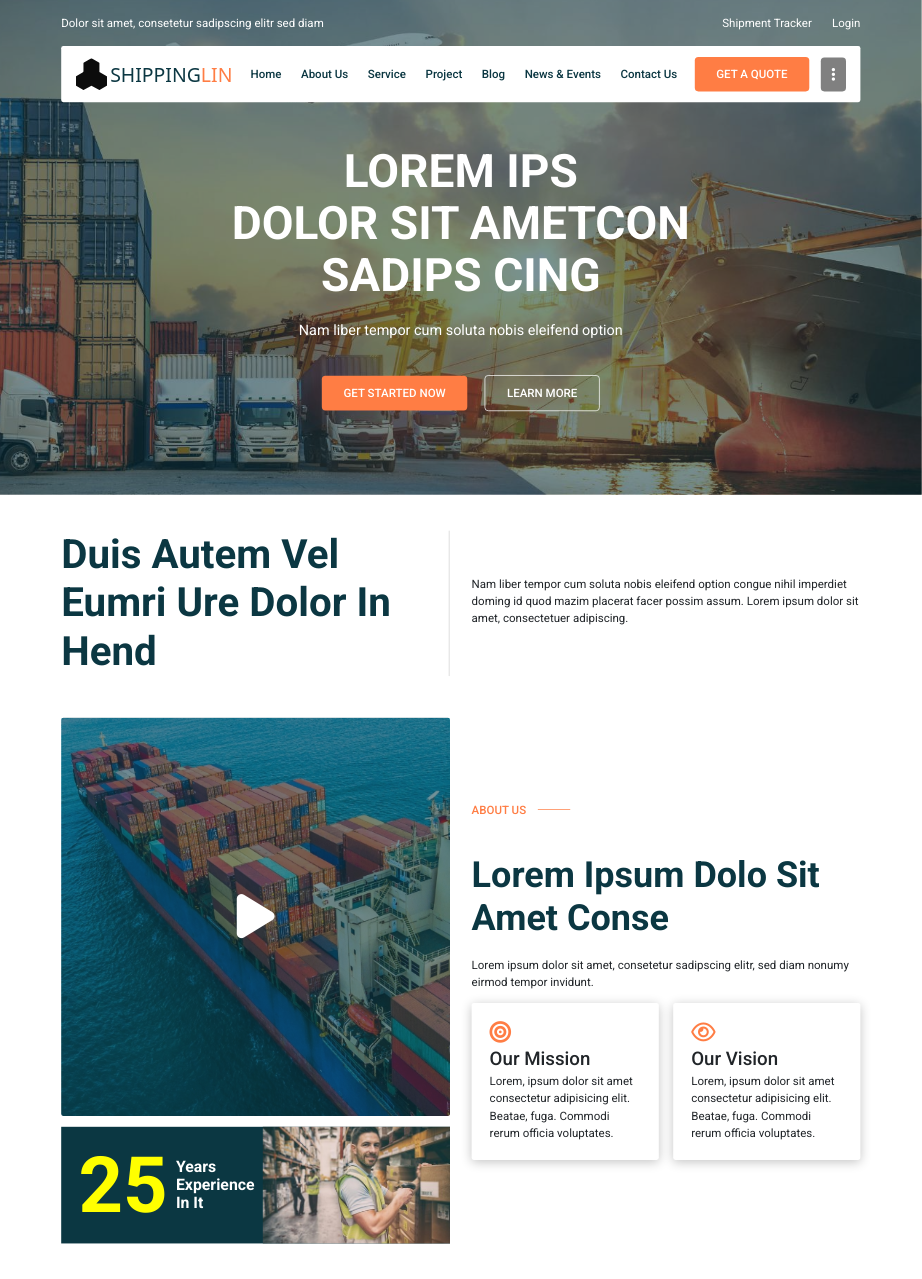
Repository: nazmulalok/shipping-template
Page: index.html
These files come from the project's save history. The page is drawn as it stood at one moment and after the next save; the edit follows.
The browser window is 1280 px wide. The pictures show the whole page, at 72% of full size.
Some web libraries are served in a nearby version.

Above is the page before, as saved 2022-10-08 19:28:21.

### index.html
<!DOCTYPE html>
<html lang="en">

    <head>
        <meta charset="UTF-8">
        <meta http-equiv="X-UA-Compatible" content="IE=edge">
        <meta name="viewport" content="width=device-width, initial-scale=1.0">
        <link rel="preconnect" href="https://fonts.googleapis.com">
        <link rel="preconnect" href="https://fonts.gstatic.com" crossorigin>
        <link
            href="https://fonts.googleapis.com/css2?family=Roboto:ital,wght@0,300;0,400;0,500;0,700;0,900;1,300;1,400;1,500;1,700;1,900&display=swap"
            rel="stylesheet">
        <link rel="stylesheet" href="https://cdnjs.cloudflare.com/ajax/libs/font-awesome/6.2.0/css/all.min.css"
            integrity="sha512-xh6O/CkQoPOWDdYTDqeRdPCVd1SpvCA9XXcUnZS2FmJNp1coAFzvtCN9BmamE+4aHK8yyUHUSCcJHgXloTyT2A=="
            crossorigin="anonymous" referrerpolicy="no-referrer" />
        <link rel="stylesheet" href="https://cdn.jsdelivr.net/npm/bootstrap@4.0.0/dist/css/bootstrap.min.css"
            integrity="sha384-Gn5384xqQ1aoWXA+058RXPxPg6fy4IWvTNh0E263XmFcJlSAwiGgFAW/dAiS6JXm" crossorigin="anonymous">
        <link rel="stylesheet" href="style.css">
        <title>Document</title>
    </head>

    <body>
        <header class="header-top">
            <div class="container">
                <div class="top-bar">
                    <p class="m-0">Dolor sit amet, consetetur sadipscing elitr sed diam</p>
                    <div>
                        <span class="mr-4">Shipment Tracker</span>
                        <span>Login</span>
                    </div>
                </div>
                <div class="header-area">
                    <div class="logo">
                        <img src="images/box.svg" alt="Logo Box" class="me-2">
                        <img src="images/shipping-logo.svg" alt="Shipping Logo">
                    </div>
                    <nav>
                        <ul>
                            <li><a href="#">Home</a></li>
                            <li><a href="#">About Us</a></li>
                            <li><a href="#">Service</a></li>
                            <li><a href="#">Project</a></li>
                            <li><a href="#">Blog</a></li>
                            <li><a href="#">News & Events</a></li>
                            <li><a href="#">Contact Us</a></li>
                        </ul>
                    </nav>
                    <div class="nav-btn">
                        <a class="common-btn mr-3" href="#">Get A Quote</a>
                        <i class="fa-solid fa-ellipsis-vertical"></i>
                    </div>
                </div>
            </div>
        </header>
        <!-- Slider -->
        <section>
            <div class="main-slider">
                <div class="container">
                    <div class="slide-content">
                        <div class="slide-text">
                            <div class="slider-title mb-4">Lorem ips<br>
                                dolor sit ametcon<br>
                                sadips cing</div>
                            <p>Nam liber tempor cum soluta nobis eleifend option</p>
                            <div class="sliderBtn mt-5"><a class="common-btn mr-4" href="#">Get Started Now</a><a
                                    class="common-btn outline-btn" href="#">Learn More</a></div>
                        </div>
                    </div>
                </div>
            </div>
        </section>
        <!-- Slider Ends -->
        <div class="common-sec">
            <div class="container">
                <div class="row align-items-center">
                    <div class="col-lg-6">
                        <h1 class="border-heading">Duis Autem Vel Eumri
                            Ure Dolor In Hend</h1>
                    </div>
                    <div class="col-lg-6">
                        <p class="ms-4">Nam liber tempor cum soluta nobis eleifend option congue nihil imperdiet doming
                            id quod mazim
                            placerat facer possim assum. Lorem ipsum dolor sit amet, consectetuer adipiscing.</p>
                    </div>
                </div>
                <div class="row align-items-center mt-5">
                    <div class="col-lg-6">
                        <div class="video-box img-box img-shadow">
                            <img src="images/ship-products.jpg" alt="Ship Products" />
                            <a data-fancybox="" href="" class="video-btn">
                                <i class="fa fa-play"></i>
                            </a>
                        </div>
                        <div class="exp-section">
                            <div class="exp-title ml-4">
                                25
                            </div>
                            <div class="exp-paragraph">
                                Years <br>Experience <br>In It
                            </div>
                            <img src="images/exp-bg.png" alt="Experience">
                        </div>
                    </div>
                    <div class="col-lg-6">
                        <span class="sp-title">About Us</span>
                        <h2 class="mb-4">Lorem Ipsum Dolo
                            Sit Amet Conse</h2>
                        <p>Lorem ipsum dolor sit amet, consetetur sadipscing elitr, sed diam nonumy eirmod tempor
                            invidunt.</p>
                        <div class="boxes">
                            <div class="common-box">
                                <div class="content">
                                    <i class="fa-solid fa-bullseye"></i>
                                    <div class="box-title">
                                        Our Mission
                                    </div>
                                    <p>Lorem, ipsum dolor sit amet consectetur adipisicing elit. Beatae, fuga. Commodi
                                        rerum
                                        officia voluptates.</p>
                                </div>
                            </div>
                            <div class="common-box">
                                <div class="content">
                                    <i class="fa-regular fa-eye"></i>
                                    <div class="box-title">
                                        Our Vision
                                    </div>
                                    <p>Lorem, ipsum dolor sit amet consectetur adipisicing elit. Beatae, fuga. Commodi
                                        rerum
                                        officia voluptates.</p>
                                </div>
                            </div>
                        </div>
                    </div>
                </div>
            </div>
        </div>














        <script src="https://code.jquery.com/jquery-3.2.1.slim.min.js"
            integrity="sha384-KJ3o2DKtIkvYIK3UENzmM7KCkRr/rE9/Qpg6aAZGJwFDMVNA/GpGFF93hXpG5KkN"
            crossorigin="anonymous"></script>
        <script src="https://cdn.jsdelivr.net/npm/popper.js@1.12.9/dist/umd/popper.min.js"
            integrity="sha384-ApNbgh9B+Y1QKtv3Rn7W3mgPxhU9K/ScQsAP7hUibX39j7fakFPskvXusvfa0b4Q"
            crossorigin="anonymous"></script>
        <script src="https://cdn.jsdelivr.net/npm/bootstrap@4.0.0/dist/js/bootstrap.min.js"
            integrity="sha384-JZR6Spejh4U02d8jOt6vLEHfe/JQGiRRSQQxSfFWpi1MquVdAyjUar5+76PVCmYl"
            crossorigin="anonymous"></script>
    </body>

</html>

### style.css
/* Common CSS Starts*/
*,
*::before,
*::after {
    box-sizing: border-box;
    margin: 0;
    padding: 0;
}

html {
    scroll-behavior: smooth;
}

:root {
    --main-color: #FF7D44;
    --secondary-color: #0B3742;
    --tertiary-color: #FFFFFF;
}

body {
    font-family: 'Roboto', sans-serif;
}

a.white-space {
    white-space: nowrap;
}

/* Common CSS Ends */

/* slider style starts */

.main-slider>* {
    z-index: 10;
}

.main-slider {
    background: url(images/shipping-banner.jpg);
    height: 700px;
    width: 100%;
    background-size: cover;
    background-repeat: no-repeat;
    background-position: center;
    position: relative;
    display: flex;
    align-items: center;
    transition: all 1s;
    margin-top: -155px;
    z-index: 50;
}

.main-slider:before {
    content: '';
    width: 100%;
    height: 100%;
    top: 0;
    left: 0;
    position: absolute;
    background-color: rgb(11 55 66 / 55%);
    z-index: 1;
}

.slide-content {
    text-align: center;
}

.slide-text {
    color: var(--tertiary-color);
    padding-top: 100px;
}

.slider-title {
    font-size: 4rem;
    font-weight: 600;
    line-height: 4.5rem;
    text-transform: uppercase;
}

.slide-text p {
    font-size: 20px;
}

a.common-btn {
    display: inline-block;
    text-decoration: none;
    color: var(--tertiary-color);
    background: var(--main-color);
    padding: 12px 30px;
    border-radius: 5px;
    font-size: 16px;
    font-weight: 500;
    text-transform: uppercase;
    transition: all 1s ease;
}

a.common-btn:hover {
    background: var(--tertiary-color);
    color: var(--secondary-color);
}

a.common-btn.outline-btn {
    background: transparent !important;
    border: 1px solid var(--tertiary-color);
}

a.common-btn.outline-btn:hover {
    background: var(--tertiary-color) !important;
}

/* Header style starts */

.header-top {
    z-index: 100;
    background: transparent;
    position: relative;
}

.top-bar,
.header-area {
    display: flex;
    justify-content: space-between;
    align-items: center;
    color: var(--tertiary-color);
}

.top-bar {
    padding: 20px 0px;
}

.header-area {
    background: var(--tertiary-color);
    padding: 15px 20px;
    border-radius: 3px;
}

nav ul {
    list-style-type: none;
    color: var(--secondary-color);
    display: flex;
    gap: 1.7rem;
    margin: 0;
}

nav ul a {
    color: var(--secondary-color);
    text-decoration: none;
    font-size: 16px;
    font-weight: 500;
    transition: all 0.5s;
}

nav ul a:hover {
    color: var(--main-color);
    transition: all 0.5s;
}

.nav-btn {
    align-items: center;
    display: flex;
}

.nav-btn i {
    color: var(--tertiary-color);
    font-size: 21px;
    background: gray;
    padding: 13px 15px;
    border-radius: 5px;
}

/* Headings Styles */

h1 {
    font-size: 56px;
}

h2 {
    font-size: 50px;
}

h3 {
    font-size: 44px;
}

h4 {
    font-size: 38px;
}

h5 {
    font-size: 32px;
}

h6 {
    font-size: 26px;
}

h1,
h2,
h3,
h4,
h5,
h6 {
    font-weight: 700;
    margin-bottom: 10px;
    color: var(--secondary-color);
}

/* Section Styles */

.py-50,
.common-sec {
    padding-top: 50px;
    padding-bottom: 50px;
}

.common-sec {
    position: relative;
    z-index: 0;
}

.common-sec:nth-child(even):before {
    content: "";
    position: absolute;
    width: 1000%;
    height: 100%;
    top: 50%;
    left: 50%;
    transform: translate(-50%, -50%);
    background-color: #f9f9f9;
    border-bottom: 1px solid #f6f6f6;
    z-index: -1;
}

/* Image box style */

.img-box {
    border-radius: 3px;
    transition: 0.5s;
    margin-bottom: 15px;
    text-align: center;
    position: relative;
}

.img-box img {
    border-radius: 3px;
}

.img-box:last-child {
    margin-bottom: 0;
}

figure.img-box img+figcaption {
    margin-top: 10px;
    text-align: left;
    padding: 10px;
    border-radius: 3px;
    box-shadow: -5px 5px 20px 0 rgb(0 0 0 / 5%);
}

.img-box.img-shadow:before {
    content: '';
    width: 100%;
    height: 100%;
    position: absolute;
    top: 0;
    left: 0;
    background-color: rgb(11 55 66 / 55%);
    border-radius: 3px;
}

/* Video Box */

.video-box {
    position: relative;
}

.video-box img {
    border-radius: 3px;
    width: 100%;
}

.video-btn {
    position: absolute;
    text-align: center;
    color: var(--tertiary-color);
    font-size: 30px;
    border: none;
    left: 50%;
    top: 50%;
    -webkit-transform: translate(-50%, -50%);
    transform: translate(-50%, -50%);
    display: flex;
    justify-content: center;
    align-items: center;
    text-decoration: none !important;
    box-shadow: none;
    transition: 0.5s;
}

.video-btn .fa-play {
    color: var(--tertiary-color);
    position: relative;
    z-index: 99;
    -webkit-transition: color 0.5s;
    transition: 0.5s;
    text-decoration: none;
    line-height: 80px;
    font-size: 70px;
}

.video-btn:hover {
    color: inherit;
}

.video-btn:hover .fa-play {
    color: var(--main-color);
}

.video-btn:before,
.video-btn:after {
    display: none;
}

/* Common Box Styles */

.common-box {
    box-shadow: rgb(0 0 0 / 24%) 0px 3px 15px;
    height: 100%;
    background-color: #fff;
    border-radius: 3px;
    transition: all 0.5s ease;
}

.common-box>.img-box {
    margin-bottom: 0;
}

.common-box .common-heading:last-child,
.common-box p:last-child,
.common-box ul:last-child,
.common-box ul:last-child li:last-child,
.common-box .img-box:last-child {
    margin-bottom: 0;
}

.common-box>.content {
    padding: 25px;
}

/* Other CSS Starts */

.border-heading {
    border-right: 2px solid #E8E8E8;
}

.sp-title {
    display: flex;
    text-transform: uppercase;
    color: var(--main-color);
    font-weight: 500;
    align-items: center;
    margin-bottom: 3rem;
}

.sp-title:after {
    content: '';
    width: 20px;
    height: 1px;
    background: var(--main-color);
    flex: 0.1;
    margin-left: 1rem;
}

.boxes {
    display: grid;
    grid-template-columns: 1fr 1fr;
    grid-gap: 20px;
}

.common-box i {
    color: var(--main-color);
    font-size: 30px;
}

.common-box .box-title {
    font-size: 26px;
    font-weight: 500;
}

.common-box:hover {
    background-color: var(--main-color);
    color: var(--tertiary-color);
    transition: all 0.5s ease;
}

.common-box:hover i {
    color: var(--tertiary-color);
    transition: all 1s ease;
}

.exp-section {
    background: var(--secondary-color);
    display: flex;
    align-items: center;
    justify-content: space-between;
}

.exp-section .exp-title {
    color: #FFFF00;
    font-size: 108px;
    font-weight: 600;
}

.exp-section .exp-paragraph {
    color: var(--tertiary-color);
    font-size: 22px;
    font-weight: 600;
    line-height: normal;
}

.exp-section img {
    width: 260px;
}

After the next save:
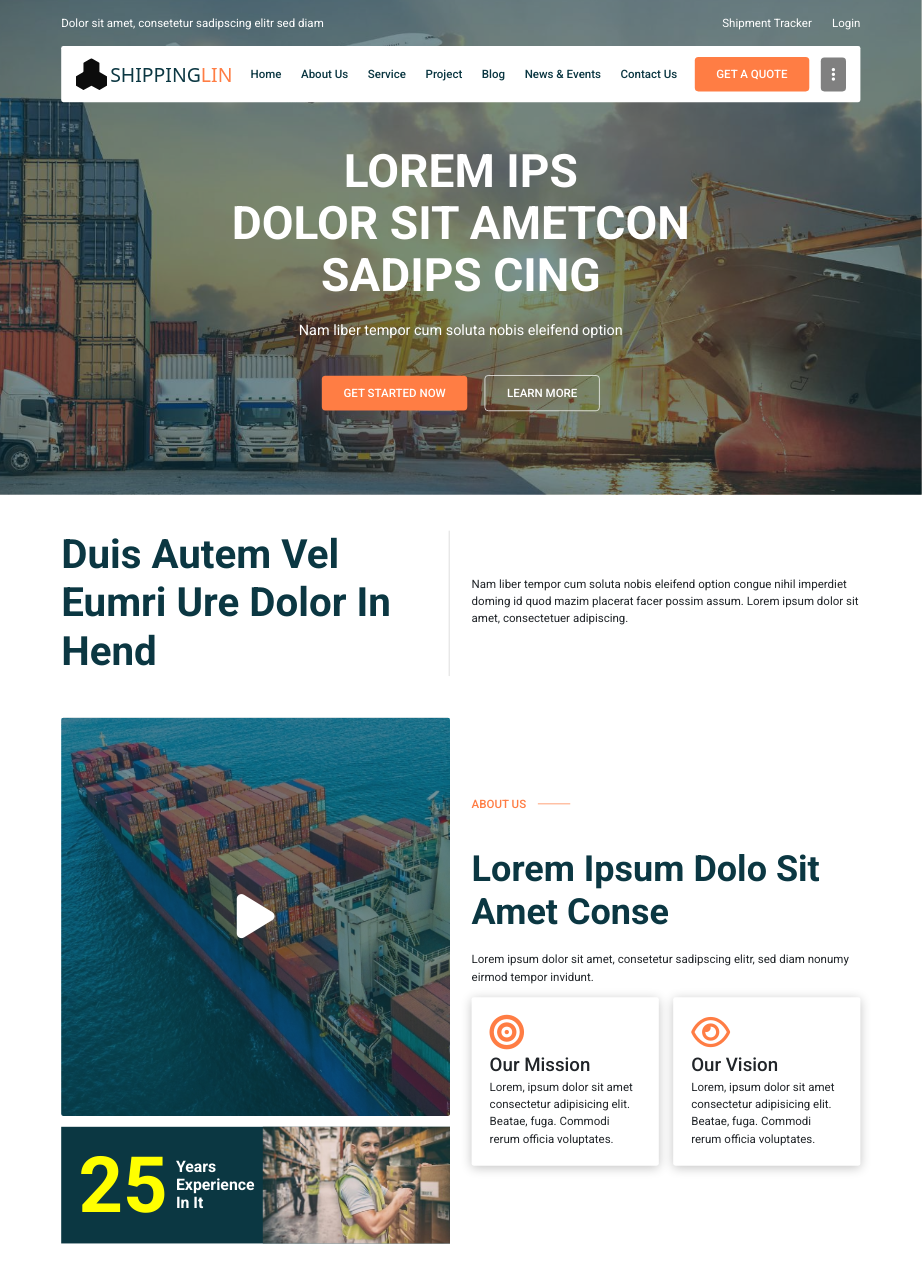
Saved 53 s later.
--- a/style.css
+++ b/style.css
@@ -377,7 +377,7 @@ figure.img-box img+figcaption {
 
 .common-box i {
     color: var(--main-color);
-    font-size: 30px;
+    font-size: 48px;
 }
 
 .common-box .box-title {
